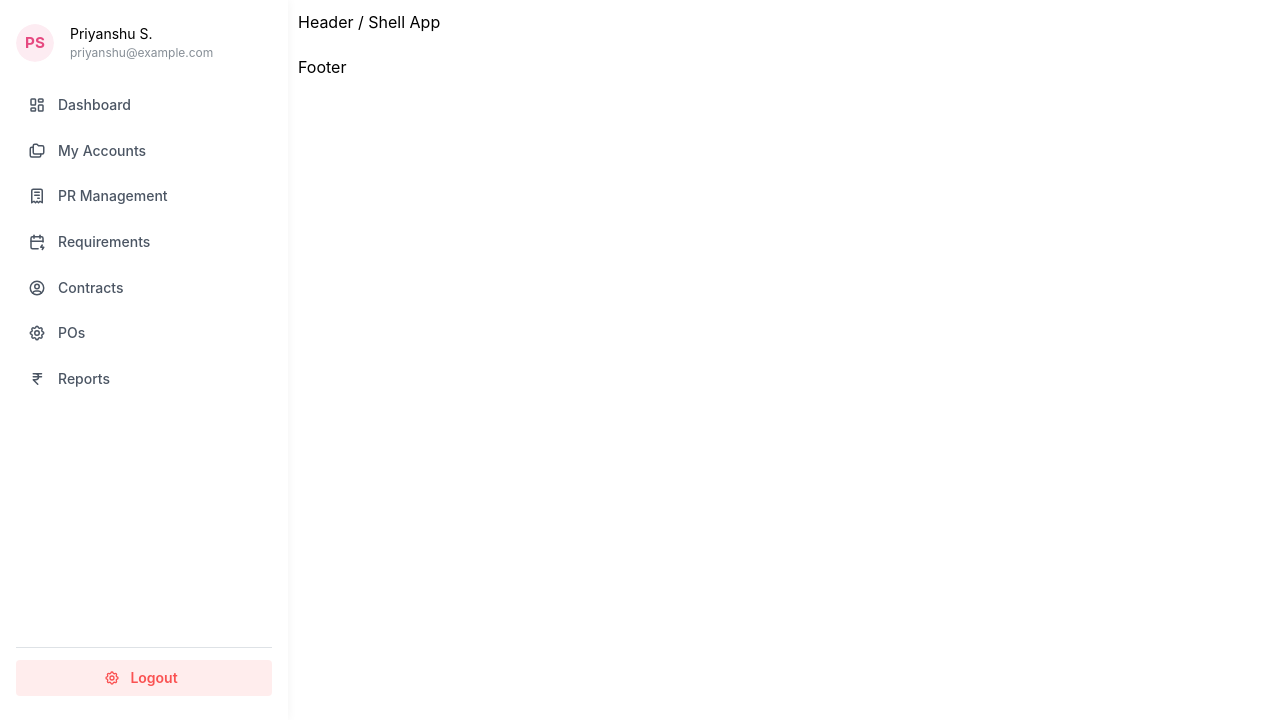
Repository: PriyanshuSahu2/MicroFrontEndReact
Page: / (app in ShellApp/)
These files come from the project's save history. The page is drawn as it stood at one moment and after the next save; the edit follows.
The browser window is 1280 px wide. The pictures show the whole page.
The project was rebuilt for these pictures with package versions that can differ from the ones it lists, and the page was loaded fresh each time. Also part of the build but not shown: ShellApp/vite.config.js.

Above is the page before, as saved 2025-08-30 21:13:04.

After the next save:
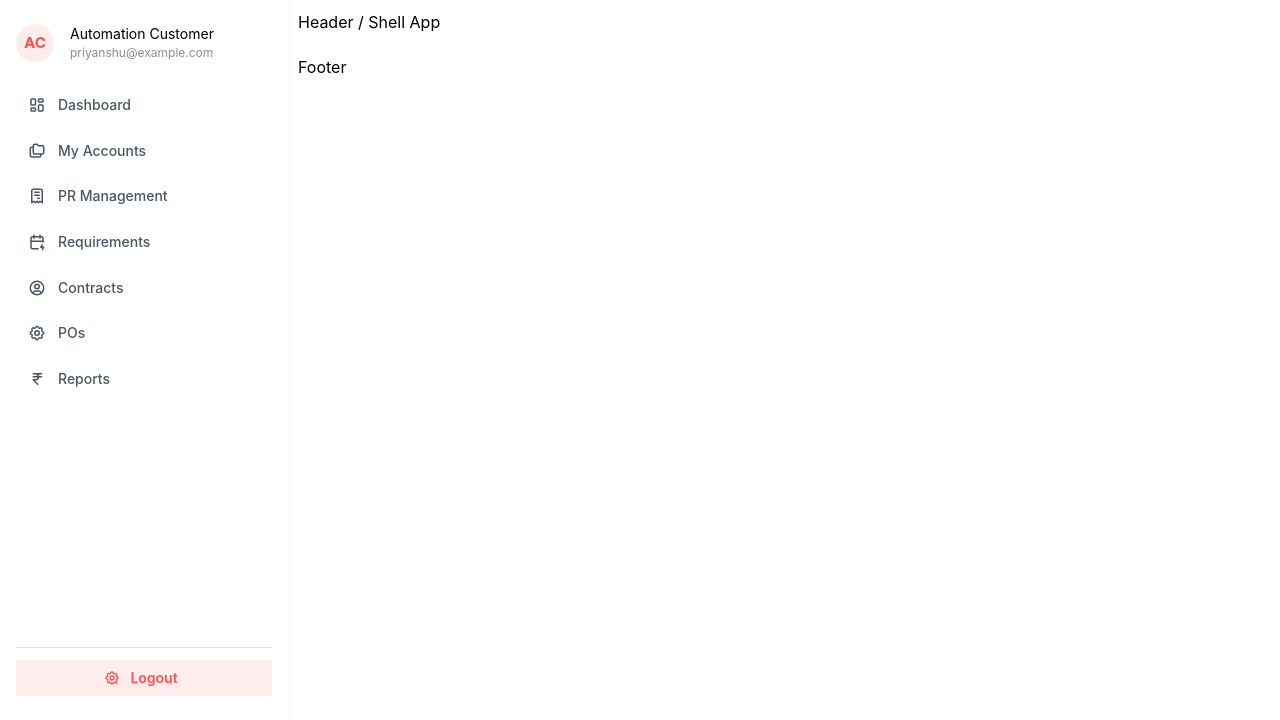
Saved 11 s later.
--- a/ShellApp/src/components/Sidebar.jsx
+++ b/ShellApp/src/components/Sidebar.jsx
@@ -26,7 +26,7 @@ import {
       { label: "Cycle 2", value: "2" },
     ];
 
-    const user = { name: "Priyanshu S.", email: "priyanshu@example.com" };
+    const user = { name: "Automation Customer", email: "priyanshu@example.com" };
 
     const sidebarStyle = {
       width: '288px', // 72 * 4
